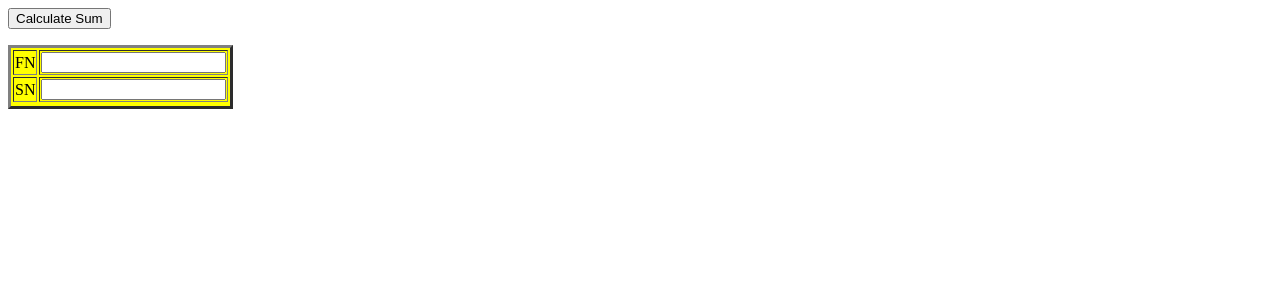
Repository: nadeem-fullstack-developer/jsp
Page: http://localhost/BRESTWebCL/home.jsp
These files come from the project's save history. The page is drawn as it stood at one moment and after the next save; the edit follows.
The browser window is 1280 px wide. The pictures show the whole page.
The page is served by Tomcat 9.

Above is the page before, as saved 2024-06-17 04:10:37.

After the next save:
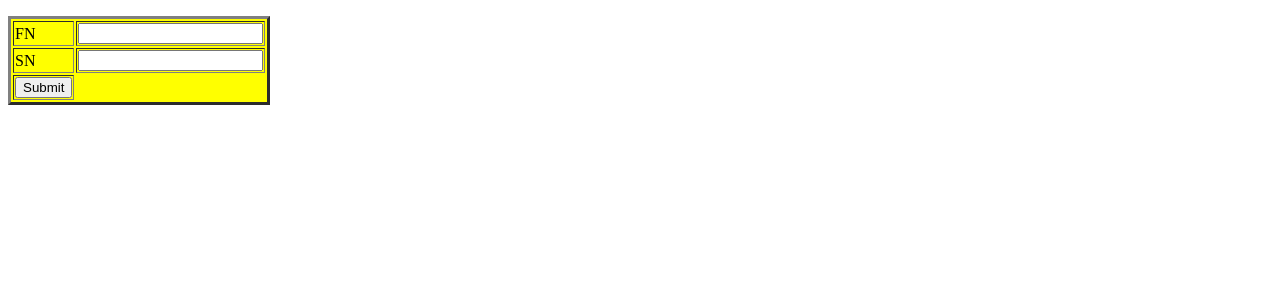
Saved 105 s later.
--- a/BRESTWebCL/src/main/webapp/home.jsp
+++ b/BRESTWebCL/src/main/webapp/home.jsp
@@ -40,7 +40,7 @@
 			<tr>
 				<td>FN</td>
 				<td><input type="text" name="fn" id="firstNum"
-					></td>
+					onblur=" getSum();"></td>
 			</tr>
 			<tr>
 				<td>SN</td>
@@ -48,10 +48,7 @@
 			</tr>
 			<tr>
 
-				<!-- 				<td><input type="submit" name="SUM"></td>
- -->
-
-				<button onclick="getSum()">Calculate Sum</button>
+				<td><input type="submit" name="SUM"></td>
 			</tr>
 			<p id="tt"></p>
 		</table>
